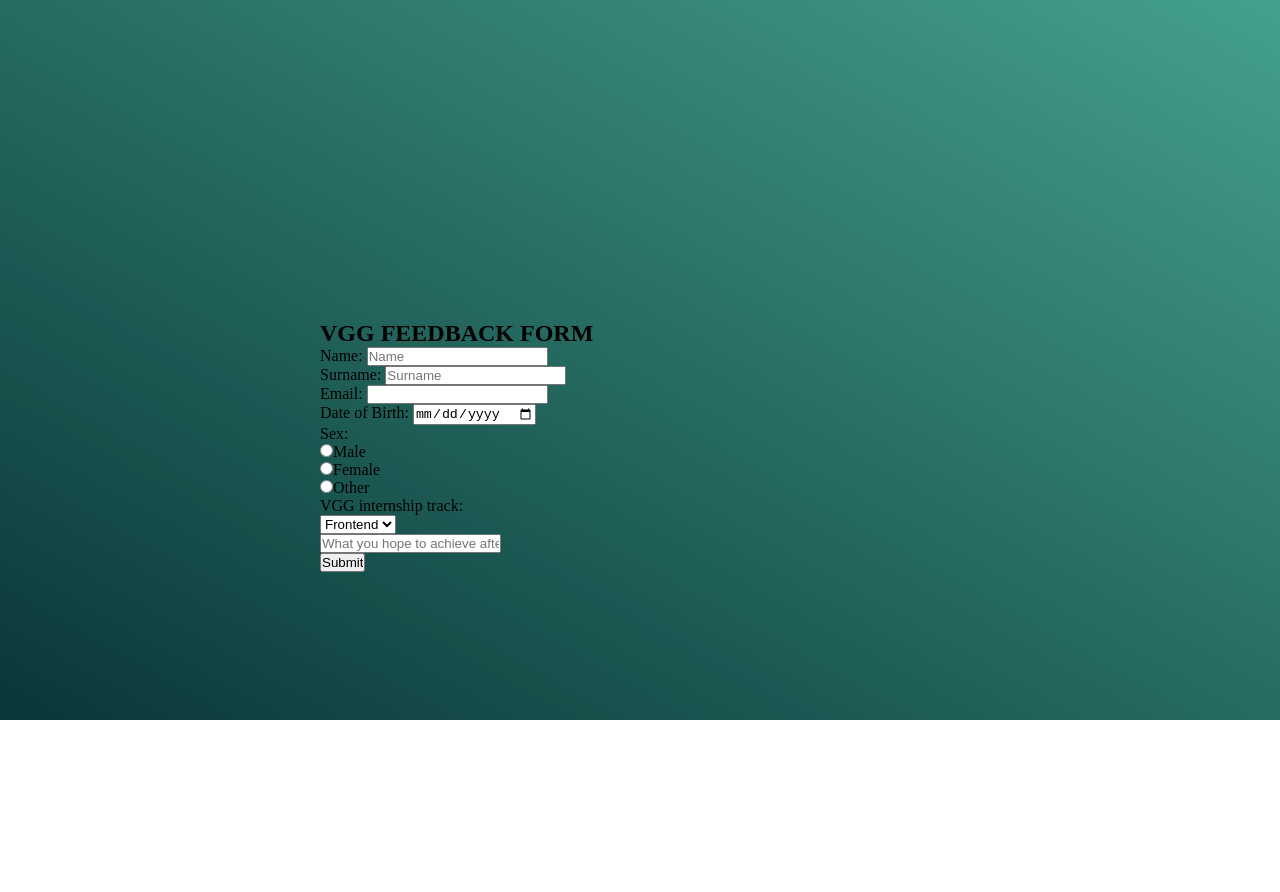
Repository: iphyokafor/VGG-Feedback-form
Page: index.html
An editor plug-in stored every save of this project. The page is shown before and after the next save, followed by the edit.
The browser window is 1280 px wide. The pictures show the whole page.

Above is the page before, as saved 2020-01-12 20:38:43.

After the next save:
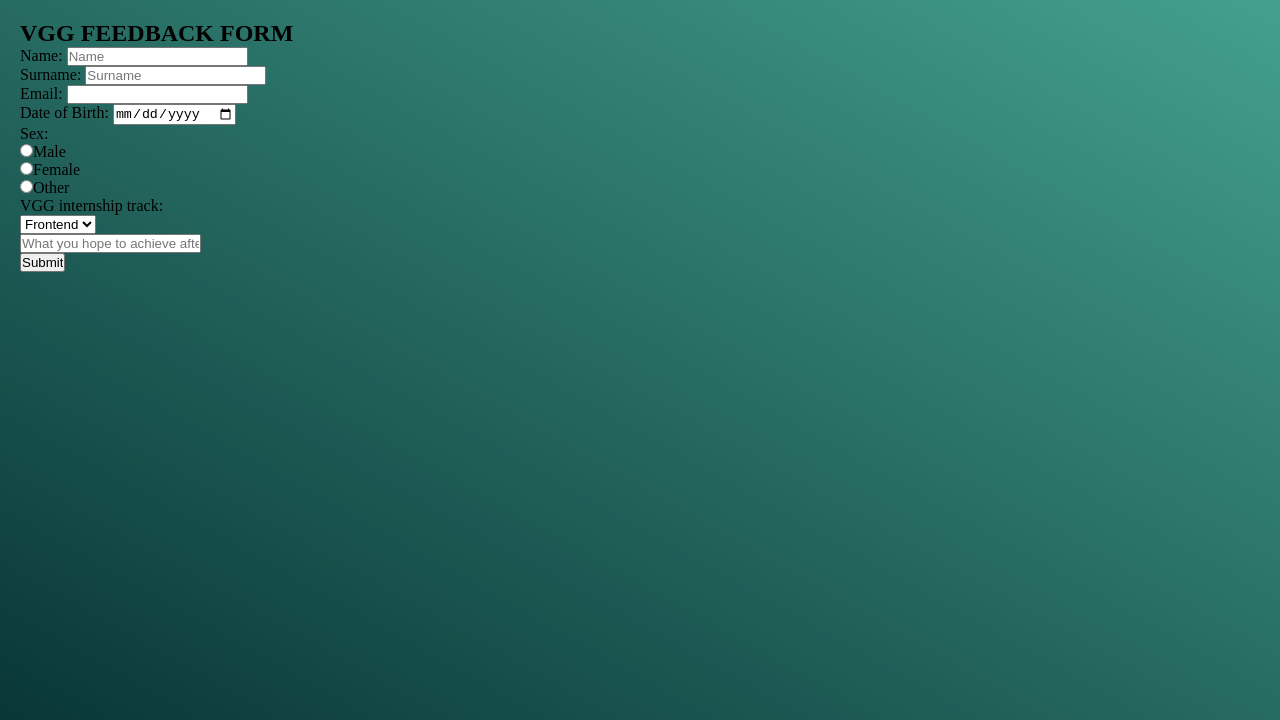
Saved 44 s later.
--- a/style.css
+++ b/style.css
@@ -18,5 +18,5 @@ body {
 
 form {
     margin: auto;
-    padding: 25%;
+    padding: 20px;
 }
